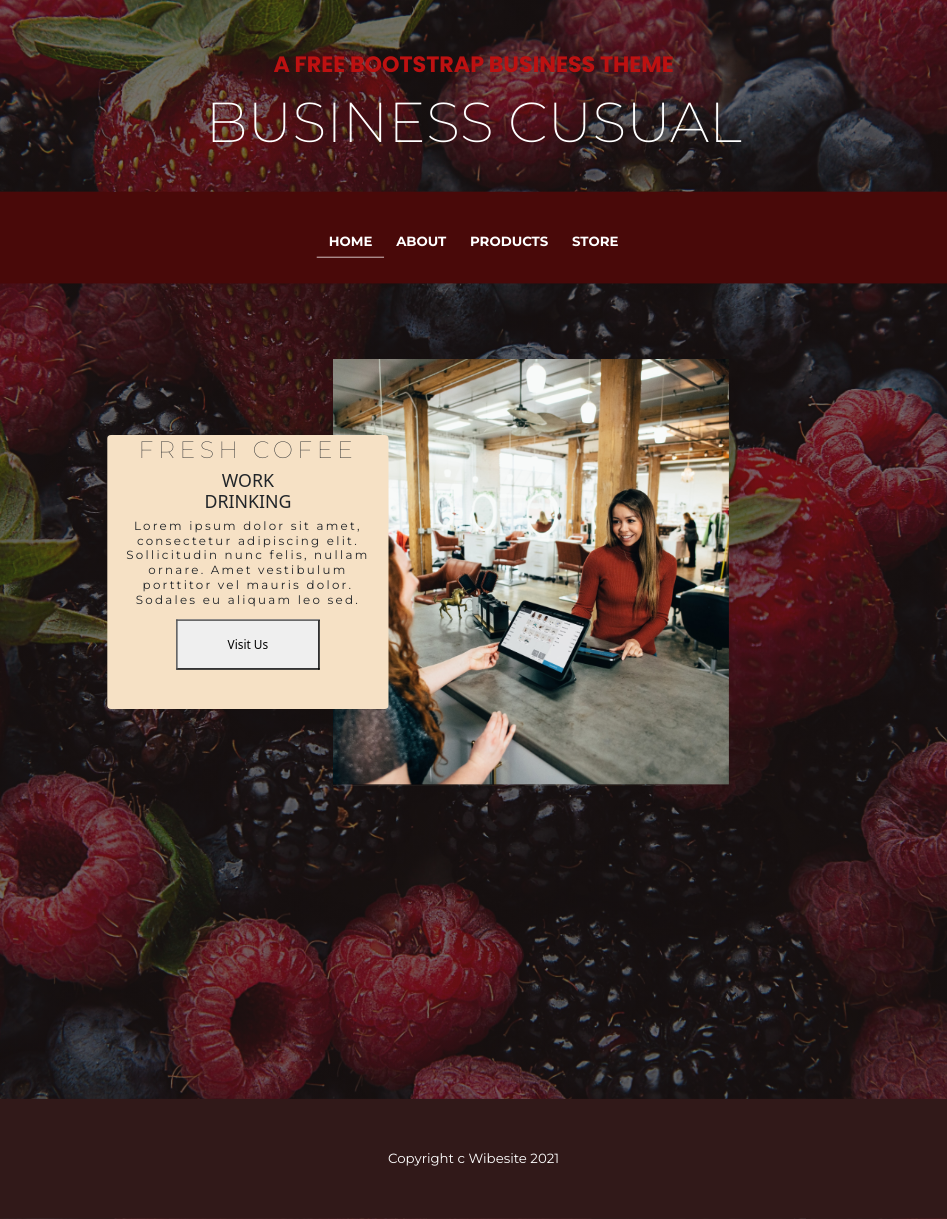
Repository: wadelfadill/tache_7_Business_bootstrap_theme
Page: index.html
The author's editor kept a copy of each file at every save. The page is drawn from the files as they stood at one save, then again after the next save.
The browser window is 1280 px wide. The pictures show the whole page, at 74% of full size.

Above is the page before, as saved 2023-04-27 20:39:59.

### index.html
<!DOCTYPE html>
<html lang="en">
<head>
    <meta charset="UTF-8">
    <meta http-equiv="X-UA-Compatible" content="IE=edge">
    <meta name="viewport" content="width=device-width, initial-scale=1.0">
    <!------ title of website ------>
    <title>Business website</title>
    <!------ Bootstrap cdn link ------>
    <link href="https://cdn.jsdelivr.net/npm/bootstrap@5.1.3/dist/css/bootstrap.min.css" rel="stylesheet" integrity="sha384-1BmE4kWBq78iYhFldvKuhfTAU6auU8tT94WrHftjDbrCEXSU1oBoqyl2QvZ6jIW3" crossorigin="anonymous">
    <!------- css link -------------->
    <link rel="stylesheet" href="css/style.css">
    <link rel="stylesheet" href="css/index_style.css">
    <!---------Google Fonts links ---------->
    <link rel="preconnect" href="https://fonts.googleapis.com">
    <link rel="preconnect" href="https://fonts.gstatic.com" crossorigin>
    <link href="https://fonts.googleapis.com/css2?family=Montserrat:wght@100;200;400;700&family=Poppins:wght@700&display=swap" rel="stylesheet">

</head>
<body>
    <!-- ========== Start Header Section ========== -->
    <header id="header">
        <h2 class="first_title text-center">A FREE BOOTSTRAP BUSINESS THEME</h2>
        <h1 class="second_title text-center">BUSINESS CUSUAL</h1>
        <!-- ========== Start navbar  Section ========== -->
        <nav class="my-auto mt-5">
            <div class="container my-auto">
                <ul class="nav justify-content-center">
                    <li class="nav-item">
                      <a class="nav-link active" aria-current="page" href="index.html">HOME</a>
                    </li>
                    <li class="nav-item">
                      <a class="nav-link" href="about.html">ABOUT</a>
                    </li>
                    <li class="nav-item">
                      <a class="nav-link" href="product.html">PRODUCTS</a>
                    </li>
                    <li class="nav-item">
                      <a class="nav-link" href="store.html">STORE</a>
                    </li>
                </ul>
            </div>
        </nav>
        <!-- ========== End navbar  Section ========== -->
    </header>
    <!-- ========== End Header Section ========== -->
    <!-- ========== Start Main Section ========== -->
    <main>
      <!-- ========== Start first Section ========== -->
      <section id="first_section">
        <div class="container">
          <div class="row align-items-center">
            <div class="col-4 div-1 text-center">
              <h3>FRESH COFEE</h3>
              <h4>WORK <br> DRINKING</h4>
              <p>Lorem ipsum dolor sit amet, consectetur adipiscing elit.
                Sollicitudin nunc felis, nullam ornare.
                Amet vestibulum porttitor vel mauris dolor.
                Sodales eu aliquam leo sed.
              </p>
              <button>Visit Us</button>
            </div>
            <div class="col-6 div-2">
            </div>
          </div>
        </div>
      </section>
      <!-- ========== End first Section ========== -->
    </main>
    <!-- ========== End Main Section ========== -->
    <footer id="footer">
        <p class="text-center">Copyright c Wibesite 2021</p>
    </footer>



    <!------ Bootstrap script -------->
    <script src="https://cdn.jsdelivr.net/npm/bootstrap@5.1.3/dist/js/bootstrap.bundle.min.js" integrity="sha384-ka7Sk0Gln4gmtz2MlQnikT1wXgYsOg+OMhuP+IlRH9sENBO0LRn5q+8nbTov4+1p" crossorigin="anonymous"></script>
</body>
</html>

### css/style.css
/* ===== General ====== */

:root{
    --red-color: #BD1111;
    --bg-red:#490909;
    --white-color: #FFFFFF;
    --black-color: #000000;
    --bg-beize:#F6E1C5;
    --bg-red-black: #311919;
    --bg-red-opac:rgba(165, 52, 43, 0.69);
    --red-border: #CD5449;
}
*{
    margin: 0;
    padding: 0;
}
body{
    padding: 0;
    margin: 0;
    background-image: linear-gradient(rgba(34, 24, 24, 0.6), rgba(34, 24, 24, 0.6)), url("../images/1.jpeg");
    background-position: center;
    background-size: cover;
    background-repeat: no-repeat;
}
/* ===== squelette ====== */
/* ===== header section ====== */
/* ===== header titles ======= */
#header .first_title{
    font-family: 'Poppins';
    font-style: normal;
    font-weight: 700;
    font-size: 30px;
    line-height: 45px;
    color: var(--red-color);
    margin-top: 65px;
}
#header .second_title{
    font-family: 'Montserrat';
    font-style: normal;
    font-weight: 200;
    font-size: 76px;
    line-height: 93px;
    color: var(--white-color);
}
/* ====== header navbar ======*/
#header nav{
    background: var(--bg-red);
    height: 124px;
}
#header nav ul li{
    margin-top: 48px;
}
#header nav a{
    font-family: 'Montserrat';
    font-style: normal;
    font-weight: 700;
    font-size: 18px;
    line-height: 22px;
    color: var(--white-color);
}
#header nav a.active{
    padding-bottom: 10px;
    border-bottom: 1px solid white;
}
/* ==== Main section ==========*/
main{
    height: 1000px;
}
/* ====== footer section ====== */
#footer{
    height: 162px;
    background: var(--bg-red-black);
    padding-top: 70px;
}
#footer p{
    font-family: 'Montserrat';
    font-style: normal;
    font-weight: 400;
    font-size: 18px;
    line-height: 22px;
    color: var(--white-color);
}

### css/index_style.css
/* ===== General ====== */

:root{
    --red-color: #BD1111;
    --bg-red:#490909;
    --white-color: #FFFFFF;
    --black-color: #000000;
    --bg-beize:#F6E1C5;
    --bg-red-black: #311919;
    --bg-red-opac:rgba(165, 52, 43, 0.69);
    --red-border: #CD5449;
}

/* ==== first section ====== */
#first_section{
    margin-top: 102px;
}
#first_section .div-1{
    height:370px;
    background: var(--bg-beize);
    border-radius: 5px;
    max-width: 864px;
    position: relative;
    left: 75px;
}
#first_section .div-1 h2{
    font-family: 'Montserrat';
    font-style: normal;
    font-weight: 700;
    font-size: 14px;
    line-height: 17px;
    text-align: center;
    letter-spacing: 0.19em;
}
#first_section .div-1 h3{
    font-family: 'Montserrat';
    font-style: normal;
    font-weight: 100;
    font-size: 32px;
    line-height: 39px;
    text-align: center;
    letter-spacing: 0.19em;
}
#first_section .div-1 p{
    font-family: 'Montserrat';
    font-style: normal;
    font-weight: 400;
    font-size: 16px;
    line-height: 20px;
    text-align: center;
    letter-spacing: 0.19em;
}
#first_section .div-1 button{
    width: 194px;
    height: 68px;
}
#first_section .div-2{
    background: url("../images/home-img1.png");
    height: 576.04px;
    max-width: 535px;
    background-position: center;
    background-size: cover;
}

After the next save:
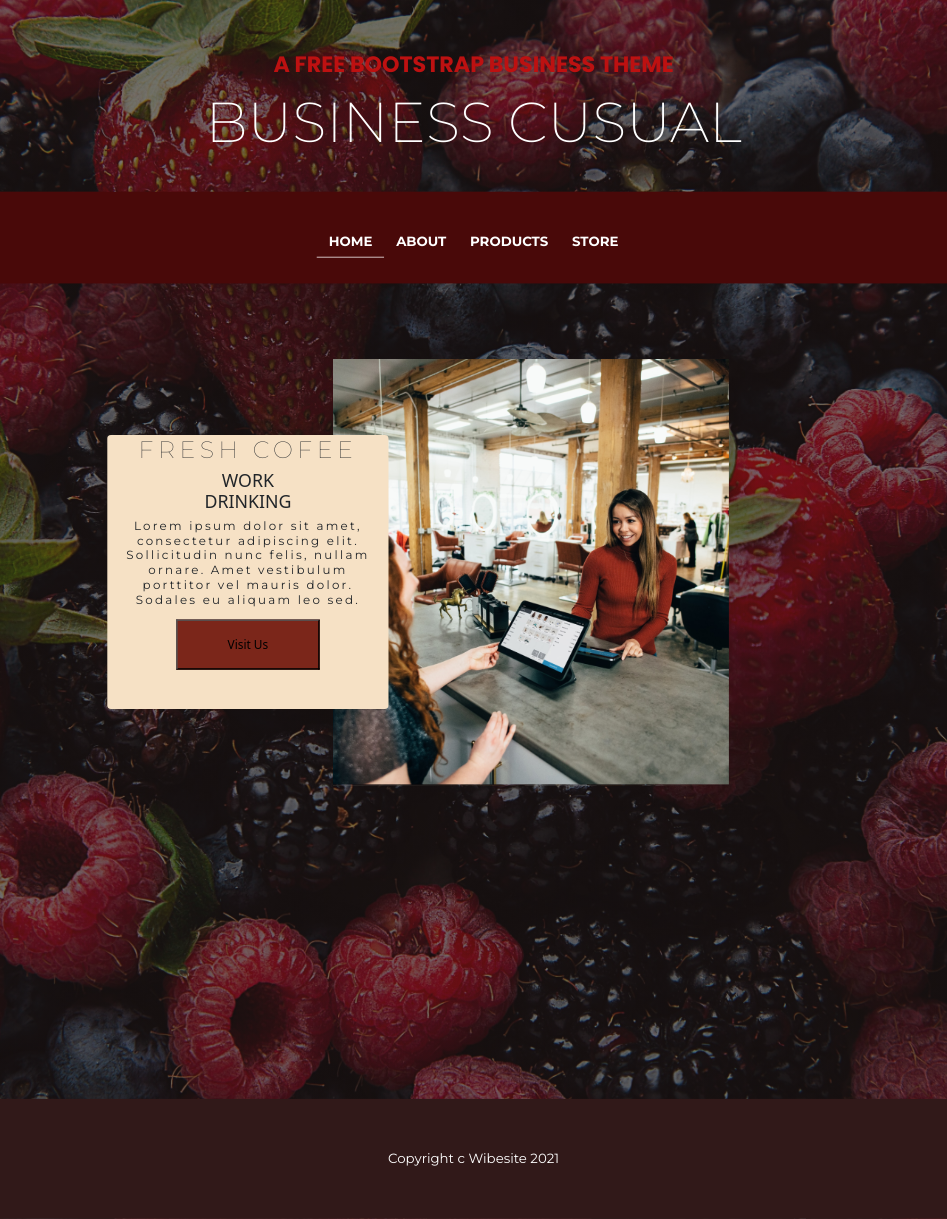
Saved 42 s later.
--- a/css/index_style.css
+++ b/css/index_style.css
@@ -53,6 +53,7 @@
 #first_section .div-1 button{
     width: 194px;
     height: 68px;
+    background: #7B261A;
 }
 #first_section .div-2{
     background: url("../images/home-img1.png");
